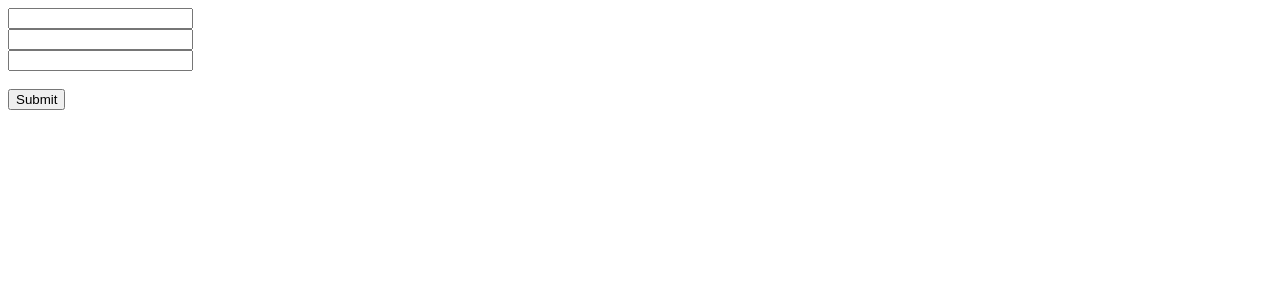
Repository: debrajnandi/APMM-Microservice
Page: http://localhost/PersonSpringBootJPAh2/home.jsp
These files come from the project's save history. The page is drawn as it stood at one moment and after the next save; the edit follows.
The browser window is 1280 px wide. The pictures show the whole page.
The page is served by Tomcat 9.

Above is the page before, as saved 2018-10-01 16:01:35.

After the next save:
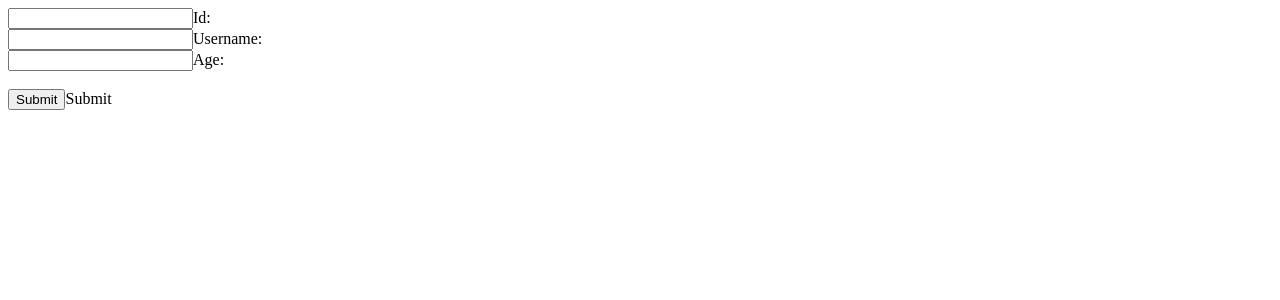
Saved 60 min 2 s later.
--- a/PersonSpringBootJPAh2/src/main/webapp/home.jsp
+++ b/PersonSpringBootJPAh2/src/main/webapp/home.jsp
@@ -8,13 +8,13 @@
 </head>
 <body>
 	<form action="addPerson">
-		<input type="text" name="id">
+		<input type="text" name="id">Id:
 		<br>
-		<input type="text" name="name">
+		<input type="text" name="name">Username:
 		<br>
-		<input type="text" name="age">
+		<input type="text" name="age">Age:
 		<br><br>
-		<input type="submit">
+		<input type="submit">Submit
 	</form>
 
 </body>
